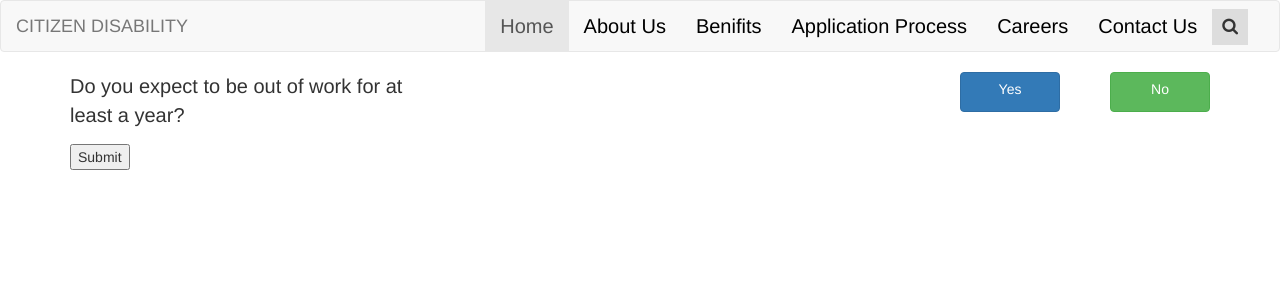
Repository: welcome0605/Embed-html-integrate-with-API
Page: Home.html
The author's editor kept a copy of each file at every save. The page is drawn from the files as they stood at one save, then again after the next save.
The browser window is 1280 px wide. The pictures show the whole page.

Above is the page before, as saved 2019-04-27 15:13:17.

### Home.html
<!DOCTYPE html>
<html lang="en">
<head>
  <title>CITIZEN DISABILITY</title>
  <meta charset="utf-8">
  <meta name="viewport" content="width=device-width, initial-scale=1">
  <link rel="stylesheet" href="https://maxcdn.bootstrapcdn.com/bootstrap/3.4.0/css/bootstrap.min.css">
  <script src="https://ajax.googleapis.com/ajax/libs/jquery/3.3.1/jquery.min.js"></script>
  <script src="https://maxcdn.bootstrapcdn.com/bootstrap/3.4.0/js/bootstrap.min.js"></script>
  <link rel = "stylesheet" type = "text/css" href = "./css/base.css" />
  <link rel="stylesheet" href="https://cdnjs.cloudflare.com/ajax/libs/font-awesome/4.7.0/css/font-awesome.min.css">
</head>
<body>

<nav class="navbar navbar-default">
  <div class="container-fluid">
    <div class="navbar-header">
      <a class="navbar-brand" href="Home.html">CITIZEN DISABILITY</a>
    </div>
    <ul class="nav navbar-nav div_right">
      <li class="active"><a href="Home.html">Home</a></li>
      <li><a href="About Us.html">About Us</a></li>
      <li><a href="Benifits.html">Benifits</a></li>
      <li><a href="Application Process.html">Application Process</a></li>
      <li><a href="Careers.html">Careers</a></li>
      <li><a href="Contact Us.html">Contact Us</a></li>
      <!-- <input type="text" placeholder="Search.." name="search"> -->
      <button type="button"><i class="fa fa-search"></i></button>
    </ul>
  </div>
</nav>

<div class="container">
  <!-- <h3>Basic Navbar Example1</h3>
  <p>A navigation bar is a navigation header that is placed at the top of the page.</p> -->
  <!-- <form method="POST"> -->
    <div class="div_entire">
      <div class="form-group question radio_buttons" id="question_1_container">
        <div class="div_label">Do you expect to be out of work for at least a year?</div>
        <div class="btn-group-toggle" data-toggle="buttons">
          <label class="btn btn-primary radio_q"><input type="radio"  value="Yes"  class="form_input valid" >Yes</label>
          <label class="btn btn-success radio_q"><input type="radio"  value="No"  class="form_input valid" >No</label>
        </div>
      </div>
      <input type="submit" value="Submit">
    </div>
  <!-- </form> -->
</div>

</body>
</html>

### css/base.css
navbar-default .navbar-nav>.active>a, .navbar-default .navbar-nav>.active>a:focus, .navbar-default .navbar-nav>.active>a:hover {
    background-color: #005197 !important;
    color: white;
}

.navbar-default .navbar-nav>li>a {
    color: black;
    font-size: 20px;
}

.div_right input[type=text] {
    padding: 6px;
    margin-top: 8px;
    font-size: 17px;
    border: none;
}

.div_right button {
    float: right;
    padding: 6px 10px;
    margin-top: 8px;
    margin-right: 16px;
    background: #ddd;
    font-size: 17px;
    border: none;
    cursor: pointer;
}

.div_right {
    float: right;
}

.radio_buttons {
    display: inline-flex;
}

.div_label {
    font-size: 20px;
    margin-right: 500px;
}

.btn-group-toggle {
    display: inline-flex;
}

.radio_q {
    margin-left: 50px;
    width: 100px;
    height: 40px;
}

.radio_q:active {
    background-color: #005197;
}

After the next save:
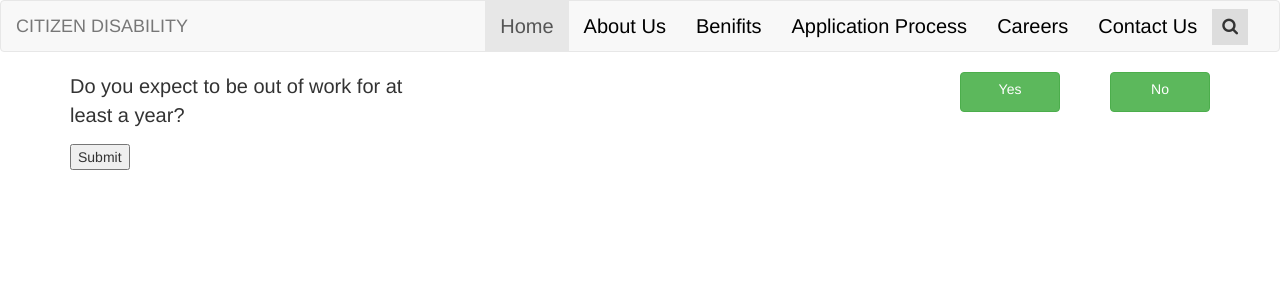
Saved 6 s later.
--- a/Home.html
+++ b/Home.html
@@ -38,7 +38,7 @@
       <div class="form-group question radio_buttons" id="question_1_container">
         <div class="div_label">Do you expect to be out of work for at least a year?</div>
         <div class="btn-group-toggle" data-toggle="buttons">
-          <label class="btn btn-primary radio_q"><input type="radio"  value="Yes"  class="form_input valid" >Yes</label>
+          <label class="btn btn-success radio_q"><input type="radio"  value="Yes"  class="form_input valid" >Yes</label>
           <label class="btn btn-success radio_q"><input type="radio"  value="No"  class="form_input valid" >No</label>
         </div>
       </div>
